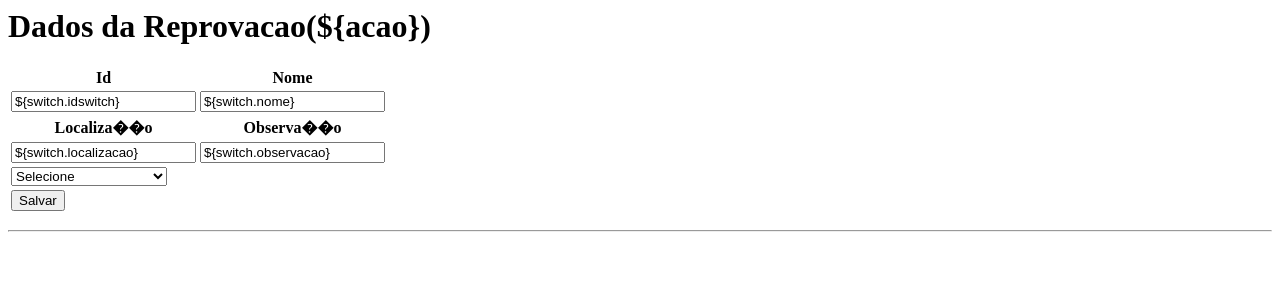
Repository: WilliamEstrela/trabalho1VA-PROG4
Page: CRUDLanManagerV5/WebContent/manterreprovacao/editform.html
The author's editor kept a copy of each file at every save. The page is drawn from the files as they stood at one save, then again after the next save.
The browser window is 1280 px wide. The pictures show the whole page.

Above is the page before, as saved 2019-09-05 22:26:49.

### CRUDLanManagerV5/WebContent/manterreprovacao/editform.html
<h1>Dados da Reprovacao(${acao})</h1>
<form action="sistema" method="post">
<input type="hidden" name="casoDeUso" value="manterReprovacao">
<input type="hidden" name="acao" value="${acao}">
<table>
<tr>
	<th>Id</th>
	<th>Nome</th>
</tr>
<tr>
	<td><input type="text" name="idswitch" value="${switch.idswitch}"></td>
	<td><input type="text" name="nome" value="${switch.nome}"></td>
</tr>
<tr>
	<th>Localiza��o</th>
	<th>Observa��o</th>
</tr>
<tr>
	<td><input type="text" name="localizacao" value="${switch.localizacao}"></td>
	<td><input type="text" name="observacao" value="${switch.observacao}"></td>
</tr>
<tr>
	<td>
	<select name="tipo_idtipo">
	    <option value="">Selecione</option>
		<!-- $beginBlock estrangeiro.tipo -->
		<option value="${estrangeiro.tipo.idtipo}" ${estrangeiro.tipo.selected}>${estrangeiro.tipo.tipo}</option>
		<!-- $endBlock estrangeiro.tipo -->
	</select>
	</td>
</tr>
<tr>
	<td colspan="2"><input type="submit" value="Salvar"></td>
</table>
</form>
<hr>
<!-- $include ../geral/mensagemPadrao.html -->

After the next save:
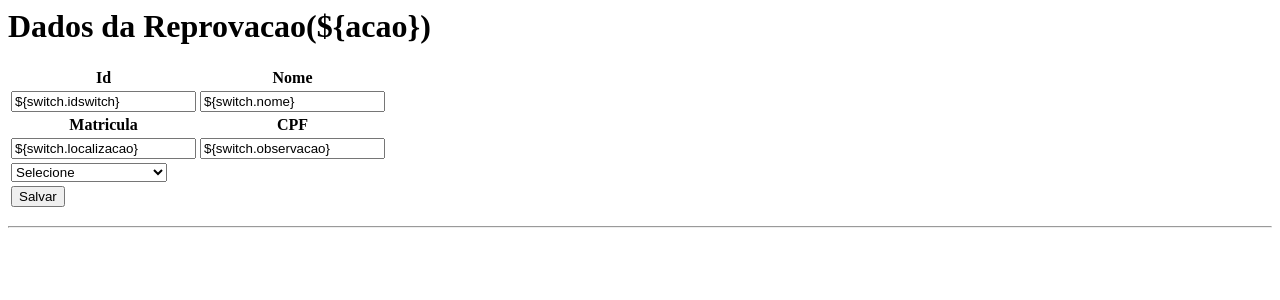
Saved 40 s later.
--- a/CRUDLanManagerV5/WebContent/manterreprovacao/editform.html
+++ b/CRUDLanManagerV5/WebContent/manterreprovacao/editform.html
@@ -12,8 +12,8 @@
 	<td><input type="text" name="nome" value="${switch.nome}"></td>
 </tr>
 <tr>
-	<th>Localiza��o</th>
-	<th>Observa��o</th>
+	<th>Matricula</th>
+	<th>CPF</th>
 </tr>
 <tr>
 	<td><input type="text" name="localizacao" value="${switch.localizacao}"></td>
